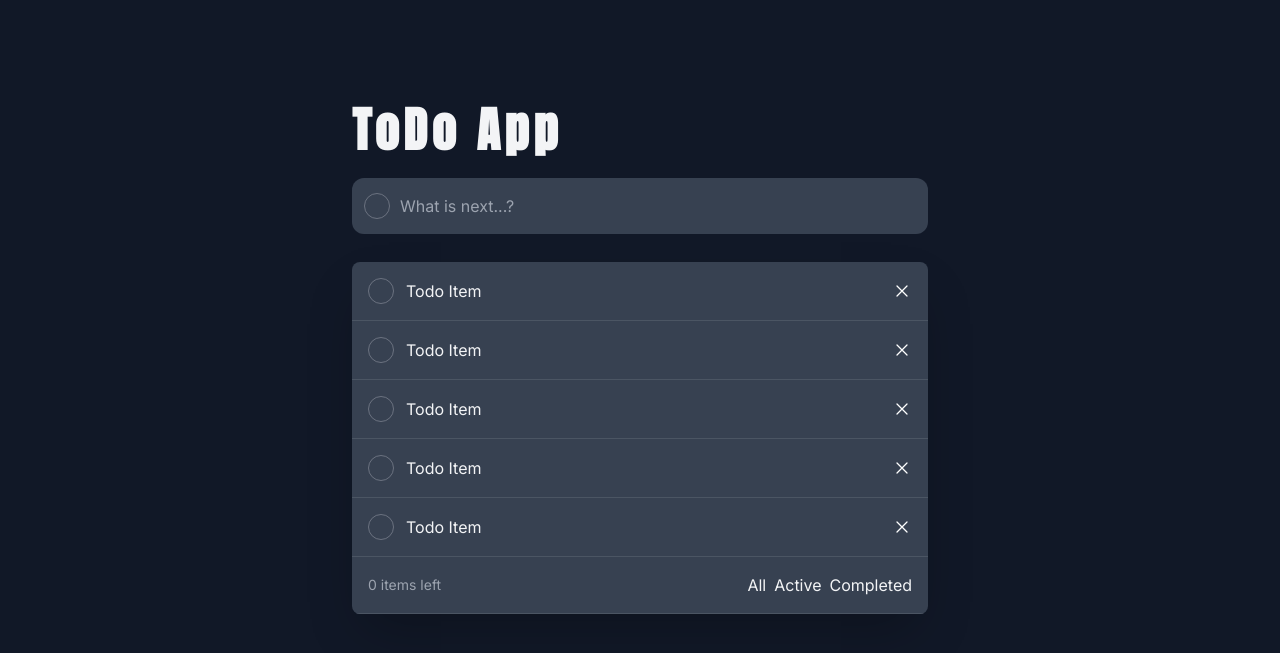
Repository: mvbri/app-todo-fullstack
Page: /
These files come from the project's save history. The page is drawn as it stood at one moment and after the next save; the edit follows.
The browser window is 1280 px wide. The pictures show the whole page.
The project was rebuilt for these pictures with package versions that can differ from the ones it lists, and the page was loaded fresh each time. Also part of the build but not shown: src/App.css.

Above is the page before, as saved 2023-04-11 14:44:07.

### public/index.html
<!DOCTYPE html>
<html lang="en">
	<head>
		<meta charset="utf-8" />
		<link rel="icon" href="%PUBLIC_URL%/favicon.ico" />
		<meta name="viewport" content="width=device-width, initial-scale=1" />
		<meta name="theme-color" content="#000000" />
		<meta
			name="description"
			content="Web site created using create-react-app"
		/>
		<link rel="apple-touch-icon" href="%PUBLIC_URL%/logo192.png" />
		<!--
      manifest.json provides metadata used when your web app is installed on a
      user's mobile device or desktop. See https://developers.google.com/web/fundamentals/web-app-manifest/
    -->
		<link rel="manifest" href="%PUBLIC_URL%/manifest.json" />
		<!--
      Notice the use of %PUBLIC_URL% in the tags above.
      It will be replaced with the URL of the `public` folder during the build.
      Only files inside the `public` folder can be referenced from the HTML.

      Unlike "/favicon.ico" or "favicon.ico", "%PUBLIC_URL%/favicon.ico" will
      work correctly both with client-side routing and a non-root public URL.
      Learn how to configure a non-root public URL by running `npm run build`.
    -->
		<link rel="preconnect" href="https://fonts.googleapis.com" />
		<link rel="preconnect" href="https://fonts.gstatic.com" crossorigin />
		<link
			href="https://fonts.googleapis.com/css2?family=Anton&family=Inter&display=swap"
			rel="stylesheet"
		/>
		<title>React App</title>
	</head>
	<body>
		<noscript>You need to enable JavaScript to run this app.</noscript>
		<div id="root"></div>
		<!--
      This HTML file is a template.
      If you open it directly in the browser, you will see an empty page.

      You can add webfonts, meta tags, or analytics to this file.
      The build step will place the bundled scripts into the <body> tag.

      To begin the development, run `npm start` or `yarn start`.
      To create a production bundle, use `npm run build` or `yarn build`.
    -->
	</body>
</html>

### src/App.js
import './App.css';
import Title from './components/Title';
import TodoInput from './components/TodoInput';
import TodoList from './components/TodoList';
import Todo from './components/Todo';

function App() {
	return (
		<div className='bg-gray-900 min-h-screen h-ful text-gray-100 font-inter flex items-center justify-center py-20 px-5'>
			<div className='container flex flex-col max-w-xl'>
				<Title />
				<TodoInput />
				<TodoList>
					<Todo />
					<Todo />
					<Todo />
					<Todo />
					<Todo />
				</TodoList>
			</div>
		</div>
	);
}

export default App;

### src/components/Title.js
import React from 'react';

function Title() {
	return (
		<h1 className='text-5xl font-anton font-bold tracking-widest'>ToDo App</h1>
	);
}

export default Title;

### src/components/TodoInput.js
import React from 'react';

function TodoInput() {
	return (
		<div className='mt-6 relative'>
			<div className='absolute inset-y-0 left-0 pl-3 flex items-center pointer-events-none'>
				<span className='border border-gray-500 border-solid p-3 rounded-full'></span>
			</div>
			<input
				type='text'
				className='focus:shadow-lg font-inter focus:shadow-blue-800 pl-12 w-full py-4 bg-gray-700 rounded-xl outline-none trasitiona-all duration-300 ease-in-out'
				placeholder='What is next...?'
			></input>
		</div>
	);
}

export default TodoInput;

### src/components/TodoList.js
import React from 'react';
import TodoFilters from './TodoFilters';

function TodoList({ children }) {
	return (
		<div className='flex flex-col mt-7 rounded-lg overflow-hidden shadow-2xl'>
			{children}
			<TodoFilters />
		</div>
	);
}

export default TodoList;

### src/components/Todo.js
import React from 'react';

const Todo = () => {
	return (
		<div className='flex items-center justify-between p-4 bg-gray-700 border-b border-solid border-gray-600'>
			<div className='flex items-center'>
				<span className='border-solid border border-gray-500 rounded-full p-3 cursor-pointer'></span>
				<p className='pl-3'>Todo Item</p>
			</div>
			<img
				className='h-5 w-5 cursor-pointer trasition-all duration-300 ease-in'
				src='./close-icon.svg'
				alt='icon'
			/>
		</div>
	);
};

export default Todo;

### src/components/TodoFilters.js
import React from 'react';
import {
	FiltersContainer,
	ItemsLeft,
	FilterButtonContainer,
	FilterButon,
} from './TodoFiltersComponents';

const TodoFilters = () => {
	return (
		<FiltersContainer>
			<ItemsLeft />
			<FilterButtonContainer>
				<FilterButon action={() => {}} active='all' filter='All' />
				<FilterButon action={() => {}} active='all' filter='Active' />
				<FilterButon action={() => {}} active='all' filter='Completed' />
			</FilterButtonContainer>
		</FiltersContainer>
	);
};

export default TodoFilters;

### src/components/TodoFiltersComponents.js
export const FiltersContainer = ({ children }) => {
	return (
		<div className='flex items-center justify-between p-4 bg-gray-700 border-b border-solid border-gray-600'>
			{children}
		</div>
	);
};

export const ItemsLeft = ({ total = 0 }) => {
	return <p className='text-gray-400 text-sm'>{total} items left</p>;
};

export const FilterButtonContainer = ({ children }) => {
	return <div className='flex items-center space-x-2'>{children}</div>;
};

export const FilterButon = ({ action, active, filter }) => {
	return (
		<button
			className={
				'hover:text-white cursor-pointer transition-all duration-300 ease-in-out' +
				(active.toLowerCase().includes(filter.toLowerCase())
					? 'text-blue-400'
					: 'text-gray-400')
			}
		>
			{filter}
		</button>
	);
};

### tailwind.config.js
/** @type {import('tailwindcss').Config} */
module.exports = {
	content: ['./src/**/*.{js,jsx,ts,tsx}'],
	theme: {
		extend: {
			fontFamily: {
				anton: "'Anton', serif",
				inter: "'Inter', serif",
			},
		},
	},
	plugins: [],
};

Loaded but not shown: src/index.js (common file); src/index.css (common file); src/reportWebVitals.js (common file)

After the next save:
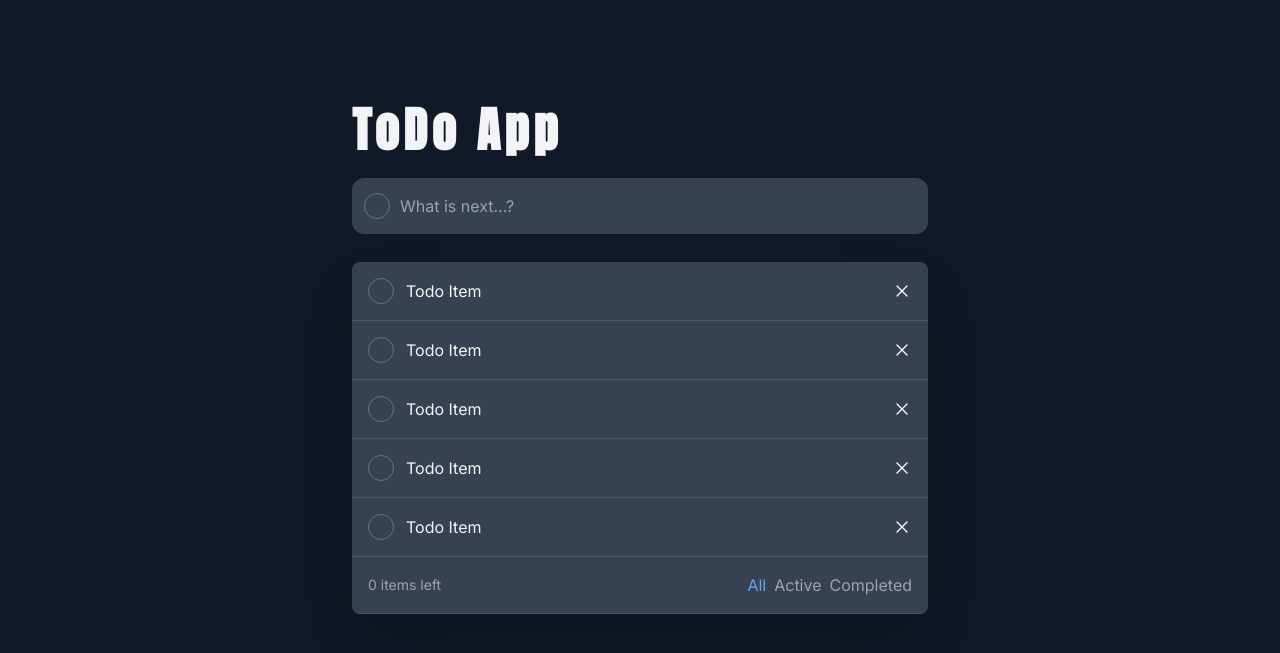
Saved 67 s later.
--- a/src/components/TodoFiltersComponents.js
+++ b/src/components/TodoFiltersComponents.js
@@ -18,7 +18,7 @@ export const FilterButon = ({ action, active, filter }) => {
 	return (
 		<button
 			className={
-				'hover:text-white cursor-pointer transition-all duration-300 ease-in-out' +
+				'hover:text-white cursor-pointer transition-all duration-300 ease-in-out ' +
 				(active.toLowerCase().includes(filter.toLowerCase())
 					? 'text-blue-400'
 					: 'text-gray-400')
